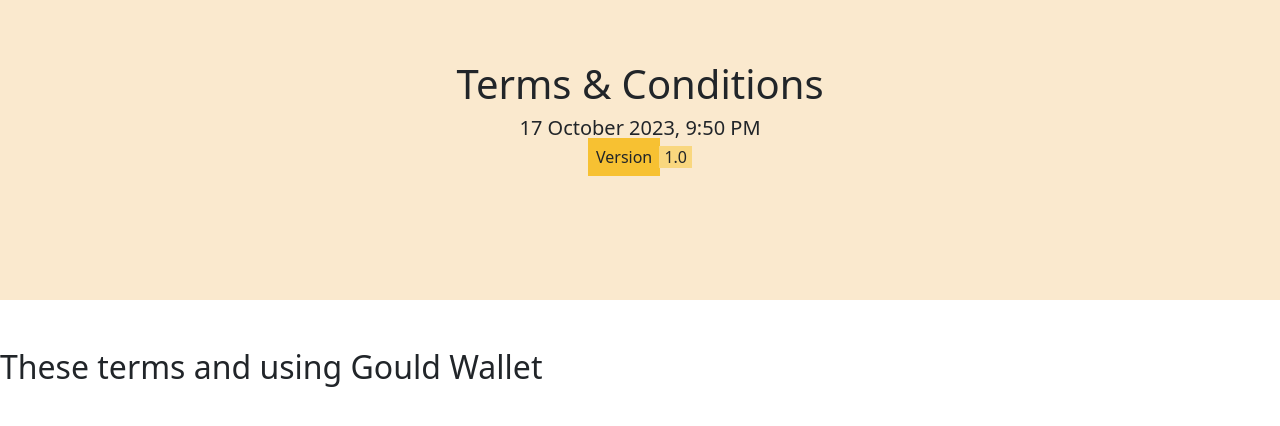
Repository: injectGroup/github.io
Page: terms.html
The author's editor kept a copy of each file at every save. The page is drawn from the files as they stood at one save, then again after the next save.
The browser window is 1280 px wide. The pictures show the whole page.

Above is the page before, as saved 2023-11-30 07:33:02.

### terms.html
<!doctype html>
<html lang="en">

<head>
    <meta charset="utf-8">
    <meta name="viewport" content="width=device-width, initial-scale=1">
    <title>Bootstrap demo</title>
    <!-- GOULD CUSTOM CSS-->
    <link rel="stylesheet" href="/gouldwalletlegal/css/gouldcustom.css">
    <!--- BOOTSTRAP CDN -->
    <link href="https://cdn.jsdelivr.net/npm/bootstrap@5.3.2/dist/css/bootstrap.min.css" rel="stylesheet"
        integrity="sha384-T3c6CoIi6uLrA9TneNEoa7RxnatzjcDSCmG1MXxSR1GAsXEV/Dwwykc2MPK8M2HN" crossorigin="anonymous">
</head>

<body>
    <!-- Content here -->
    <div class="container-fluid text-center terms-content">
        <div class="row align-items-center">
            <div class="col align-self-center">
                <h1 class="text-center">
                    Terms & Conditions
                </h1>
            </div>
        </div>
        <div class="row align-items-center">
            <h5 class="version-date">
                17 October 2023, 9:50 PM
            </h5>
            <div class="col align-self-center">
                <h6 class="text-center">
                    <span class="version p-2">Version</span>
                    <span class="version-number">1.0</span>
                </h6>
            </div>

        </div>
    </div>
    <!-- BODY -->
    <div class="container- mt-5">
        <h2>These terms and using Gould Wallet</h2>
    </div>
    <!-- BOOTSTRAP JS-->
    <script src="https://cdn.jsdelivr.net/npm/bootstrap@5.3.2/dist/js/bootstrap.bundle.min.js"
        integrity="sha384-C6RzsynM9kWDrMNeT87bh95OGNyZPhcTNXj1NW7RuBCsyN/o0jlpcV8Qyq46cDfL"
        crossorigin="anonymous"></script>
</body>

</html>

### gouldwalletlegal/css/gouldcustom.css
/*
 *AUTHOR: Abdulkadir Mohammed @ Inject
 *DATE: Wed 29 November 2023
  *
 *This is a custom css for gould wallet.
 */
/*****************************
 *********** HEAD ***********
 *****************************/
.terms-content {
    background-color: #FAE9CE;
    padding: 16px 0px 16px 0px;
    height: 300px;
    width: 100%;
    padding-top: 60px;
    margin-right: auto;
    margin-left: auto;
    display: block;
    box-sizing: border-box;
}

.version {
    background-color: #F7C132;
    width: 100px;
    padding-left: 5px;
    padding-right: 5px;
    margin-right: -5px;
}

.version-number {
    background-color: #F9D77E;
    padding-left: 5px;
    padding-right: 5px;
}


/*****************************
  *********** BODY ***********
 *****************************/

/*****************************
 *********** FOOTER ***********
*****************************/

After the next save:
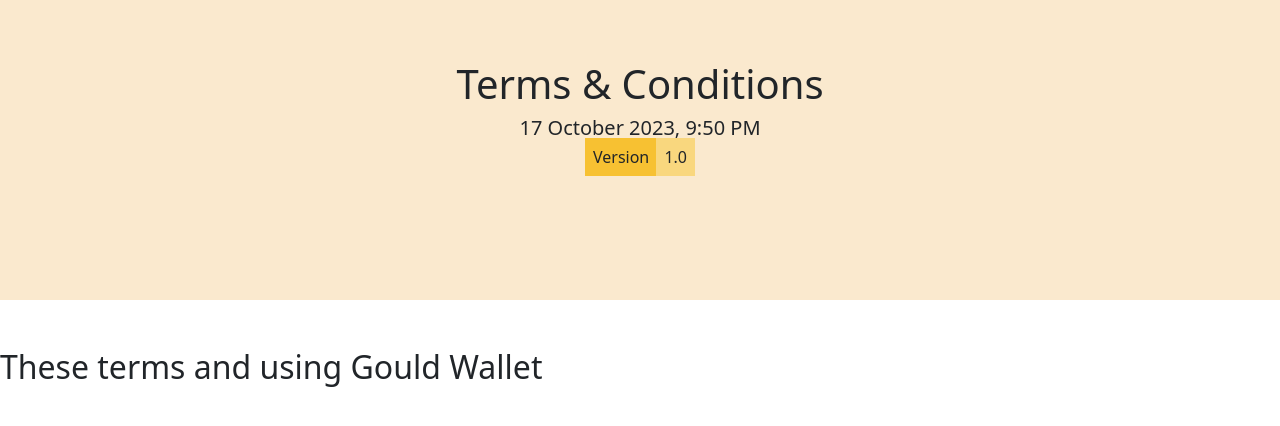
Saved 13 s later.
--- a/terms.html
+++ b/terms.html
@@ -29,7 +29,7 @@
             <div class="col align-self-center">
                 <h6 class="text-center">
                     <span class="version p-2">Version</span>
-                    <span class="version-number">1.0</span>
+                    <span class="version-number p-2">1.0</span>
                 </h6>
             </div>
 
